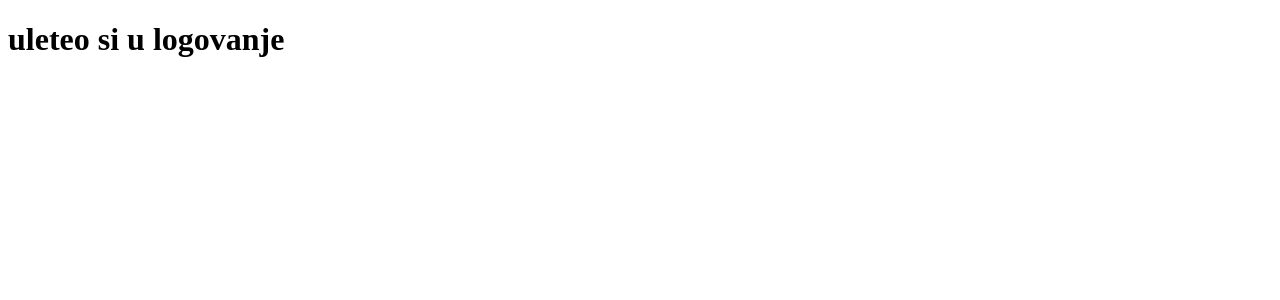
Repository: DusanStevic/Projekat-Avion
Page: Avion/Avion/src/main/resources/static/login.html
An editor plug-in stored every save of this project. The page is shown before and after the next save, followed by the edit.
The browser window is 1280 px wide. The pictures show the whole page.

Above is the page before, as saved 2019-09-12 19:20:29.

### Avion/Avion/src/main/resources/static/login.html
<!DOCTYPE html>
<html>
<head>
<meta charset="ISO-8859-1">
<title>Login</title>
</head>
<body>
	<h1>uleteo si u logovanje</h1>
</body>
</html>

After the next save:
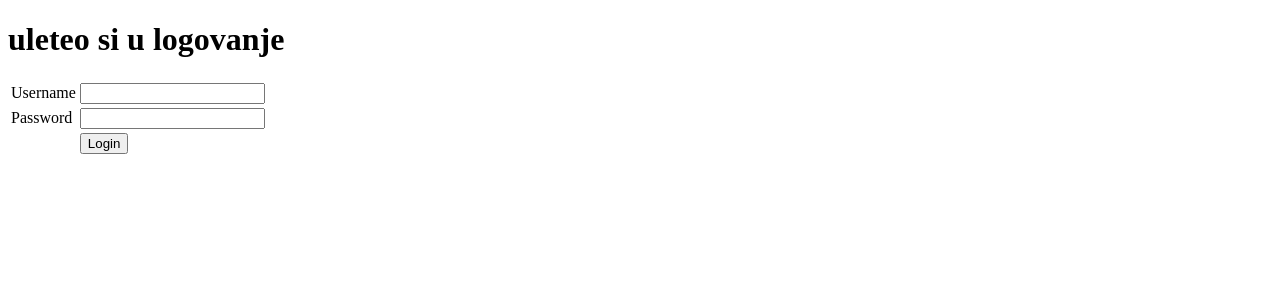
Saved 2 min 22 s later.
--- a/Avion/Avion/src/main/resources/static/login.html
+++ b/Avion/Avion/src/main/resources/static/login.html
@@ -6,5 +6,21 @@
 </head>
 <body>
 	<h1>uleteo si u logovanje</h1>
+	<form id="loginForm">
+	<table>
+		<tr>
+			<td>Username</td>
+			<td><input type="text" id = "username" name="txt_usename"></td>
+		</tr>
+		<tr>
+			<td>Password</td>
+			<td><input type="password" id = "password" name="txt_password"></td>
+		</tr>
+		<tr>
+			<td></td>
+			<td><input type="submit" id = "submitLogin" name="btn_login" value="Login"></td>
+		</tr>
+	</table>
+	</form>
 </body>
 </html>
